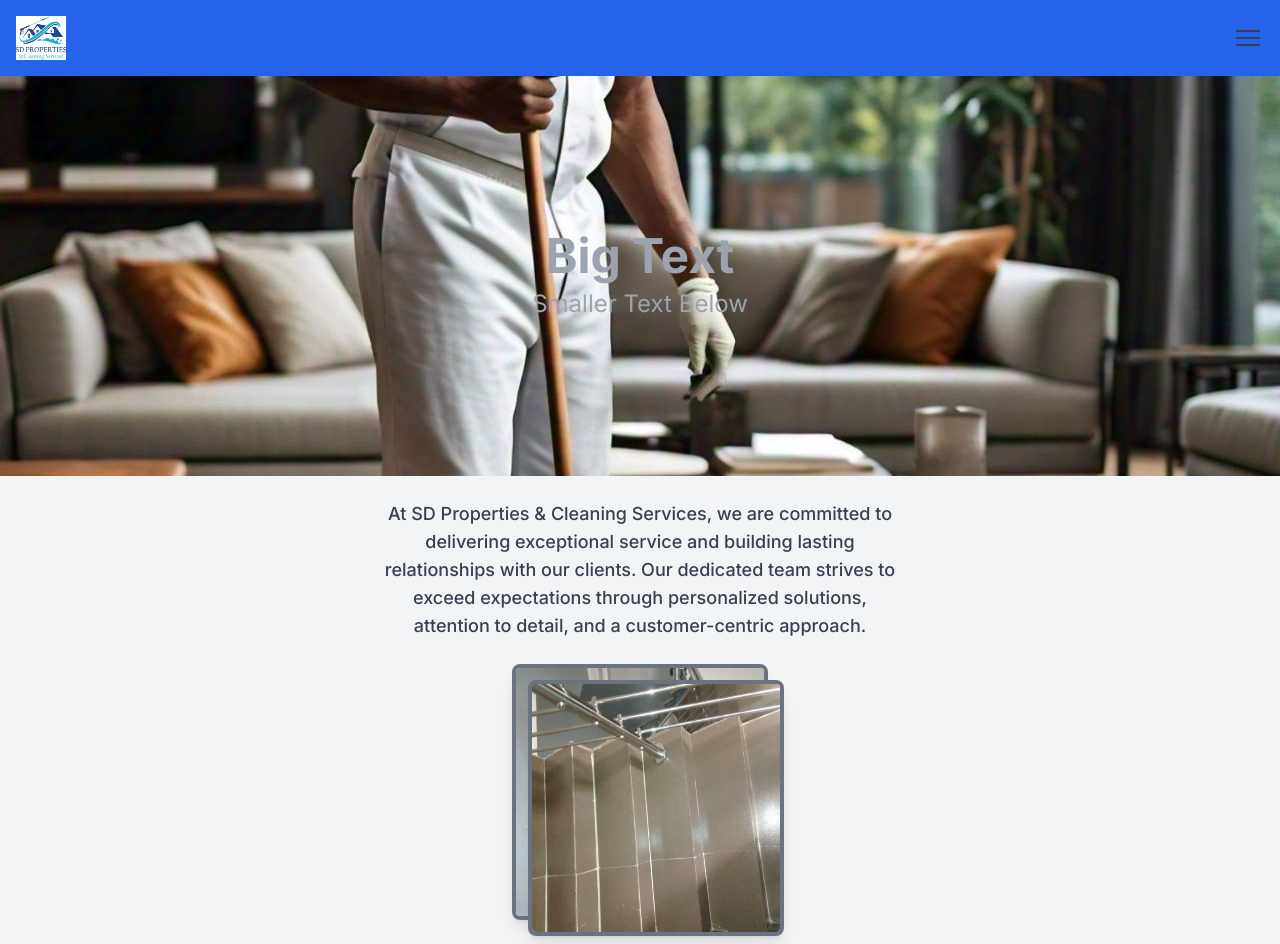
Repository: devmskhan/sdpropandclean
Page: /
These files come from the project's save history. The page is drawn as it stood at one moment and after a run of saves; the edit follows.
The browser window is 1280 px wide. The pictures show the whole page.
The project was rebuilt for these pictures with package versions that can differ from the ones it lists, and the page was loaded fresh each time. The framework's server and built-in components were replaced by stand-ins that run in the browser. Also part of the build but not shown: next.config.mjs.

Above is the page before, as saved 2024-09-03 11:44:51.

### app/layout.tsx
import type { Metadata } from "next";
import { Inter } from "next/font/google";
import "./globals.css";

const inter = Inter({ subsets: ["latin"] });

export const metadata: Metadata = {
  title: "SD Properties & Cleaning",
  description: "Provision of Houses and Cleanliness of Homes is our apex goal",
};

export default function RootLayout({
  children,
}: Readonly<{
  children: React.ReactNode;
}>) {
  return (
    <html lang="en">
      <body className={inter.className}>{children}</body>
    </html>
  );
}

### app/page.tsx
import Header from '../components/Header';
import Body from '../components/Body';

export default function Home() {
  return (
    <main className="min-h-screen bg-gray-200">
      <Header />
      <Body />
    </main>
  );
}

### components/Header.tsx
import Image from "next/image";
import { Bars3Icon } from '@heroicons/react/24/solid'


function Header() {
    return (
        <header className="sticky top-0 flex justify-between items-center p-4 bg-blue-600 shadow-md">
      {/* Logo on the top left */}
      <div className="flex items-center">
        <Image
          src="/sdlogo.jpg"
          alt="Logo"
          width={50}
          height={50}
          className="cursor-pointer"
        />
      </div>

      {/* Triple line (hamburger) icon on the top right */}
      <div className="cursor-pointer">
        <Bars3Icon className="h-8 w-8 text-gray-700" />
      </div>
    </header>
    )
}

export default Header;

### components/Body.tsx



function Body() {
    return (
        <div>
            <div className="relative w-full h-[400px] bg-cover bg-center text-gray-400"
         style={{ backgroundImage: 'url("/pic1.jpg")' }}>
      <div className="absolute inset-0 flex flex-col justify-center items-center text-center">
        {/* Larger Text */}
        <h1 className="text-5xl font-bold mb-2">
          Big Text
        </h1>
        {/* Smaller Text */}
        <p className="text-2xl">
          Smaller Text Below
        </p>
      </div>
    </div>

    <div>

    </div>

    <div className="flex flex-col items-center justify-center p-6 bg-gray-100">
  <div className="max-w-lg text-center">
    <p className="text-lg font-medium text-gray-700">
      At SD Properties & Cleaning Services, we are committed to delivering exceptional service and building lasting relationships with our clients. Our dedicated team strives to exceed expectations through personalized solutions, attention to detail, and a customer-centric approach.
    </p>
  </div>
  <div className="relative mt-6">
    <img src="stairsb.jpg" alt="Top Image" className="w-64 h-64 rounded-lg shadow-lg border-gray-500 border-solid border-4" />
    <img src="stairsaft.jpg" alt="Bottom Image" className="absolute bottom-0 left-0 w-64 h-64 rounded-lg shadow-lg transform translate-x-4 translate-y-4 ml-25 border-gray-500 border-solid border-4" />
  </div>
</div>

        </div>


    )
}

export default Body;

Loaded but not shown: app/globals.css (common file); tailwind.config.ts (common file)

After the next 2 saves:
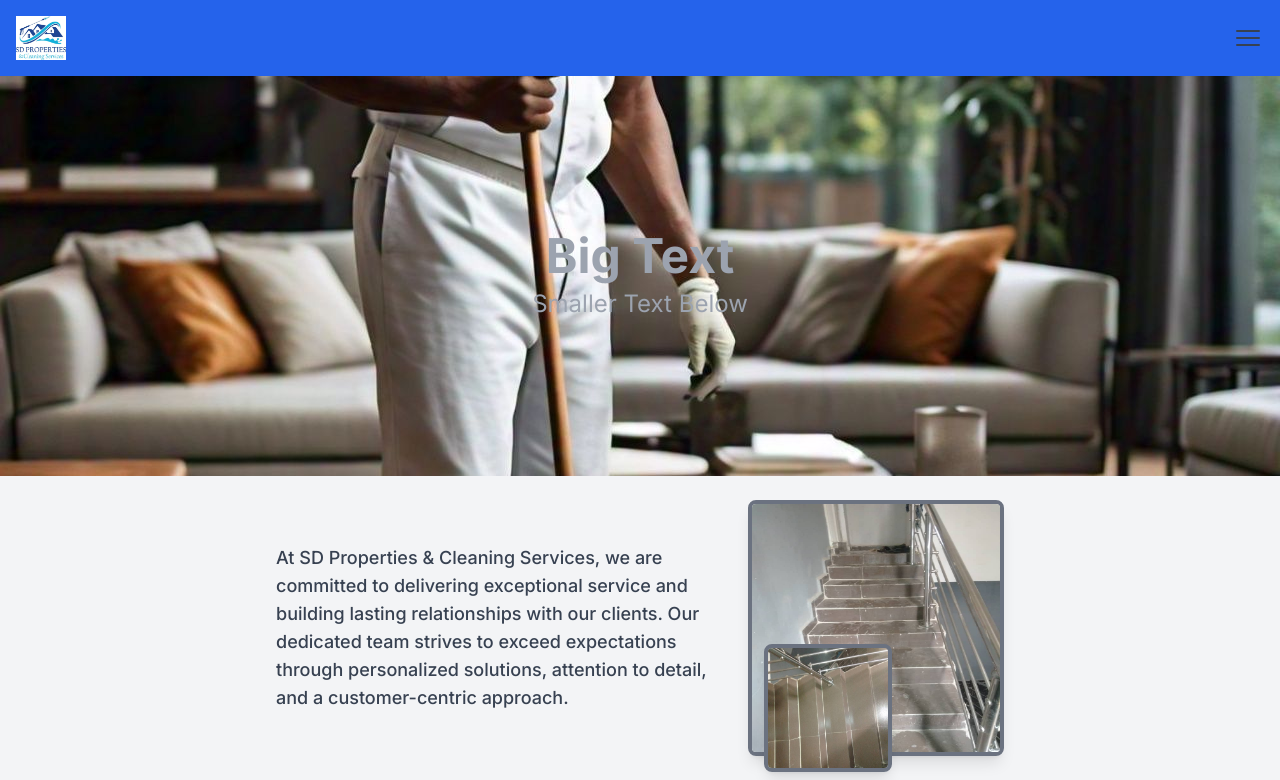
The 2 saves are shown as one change because they came seconds apart.
The last was saved 5 min 6 s later.
--- a/components/Body.tsx
+++ b/components/Body.tsx
@@ -22,17 +22,18 @@ function Body() {
 
     </div>
 
-    <div className="flex flex-col items-center justify-center p-6 bg-gray-100">
-  <div className="max-w-lg text-center">
+    <div className="flex items-center justify-center p-6 bg-gray-100">
+  <div className="max-w-md text-left mr-6">
     <p className="text-lg font-medium text-gray-700">
       At SD Properties & Cleaning Services, we are committed to delivering exceptional service and building lasting relationships with our clients. Our dedicated team strives to exceed expectations through personalized solutions, attention to detail, and a customer-centric approach.
     </p>
   </div>
-  <div className="relative mt-6">
+  <div className="relative">
     <img src="stairsb.jpg" alt="Top Image" className="w-64 h-64 rounded-lg shadow-lg border-gray-500 border-solid border-4" />
-    <img src="stairsaft.jpg" alt="Bottom Image" className="absolute bottom-0 left-0 w-64 h-64 rounded-lg shadow-lg transform translate-x-4 translate-y-4 ml-25 border-gray-500 border-solid border-4" />
+    <img src="stairsaft.jpg" alt="Bottom Image" className="absolute bottom-0 left-0 w-32 h-32 rounded-lg shadow-lg transform translate-x-4 translate-y-4 border-gray-500 border-solid border-4" />
   </div>
 </div>
+
 
         </div>
 
